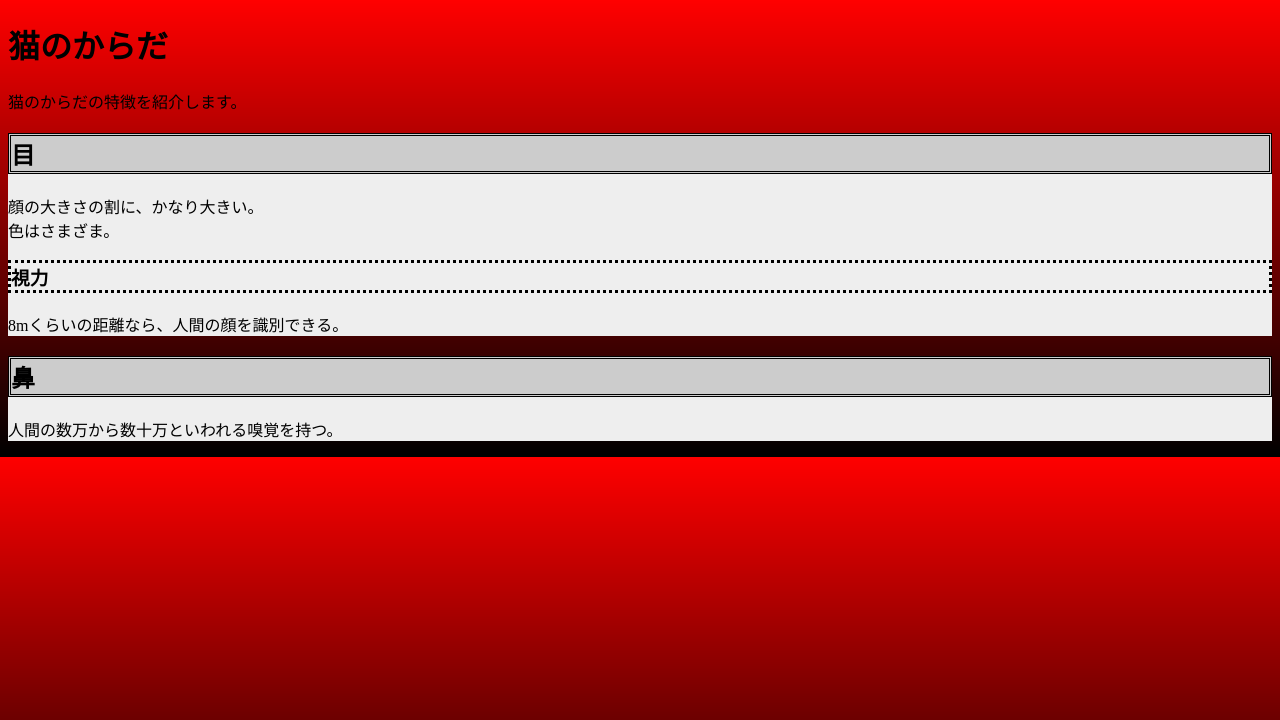
Repository: boo00kazoo/MyBlog
Page: 2-3mondai.html
The author's editor kept a record of every edit. The page is drawn from the files as they stood at one moment, then again after the next edit.
The browser window is 1280 px wide. The pictures show the whole page.

Above is the page before.

### 2-3mondai.html
<!DOCTYPE html>
<html lang="ja">
<head>
<meta charset="utf-8">
<title>猫のからだ</title>
<link href="2-3.css" rel="stylesheet"
</head>
<body>
<h1>猫のからだ</h1>
<p>猫のからだの特徴を紹介します。</p>
<div>
 <h2>目</h2>
 <p>顔の大きさの割に、かなり大きい。<br>
    色はさまざま。</p>
 <h3>視力</h3>
 <p>8mくらいの距離なら、人間の顔を識別できる。</p>
</div>
<div>
<h2>鼻</h2>
 <p>人間の数万から数十万といわれる嗅覚を持つ。</p>
</div>
</body>
</html>

### 2-3.css
div{ background-color: #eeeeee;}
h2{
    border-style:double;
    background-color: #cccccc;}
h3{
    border-style:dotted;}
body{
    background-color:#f00;
    background-image:linear-gradient(rgba(0,0,0,0), rgba(0,0,0,75));
}

After the next edit:
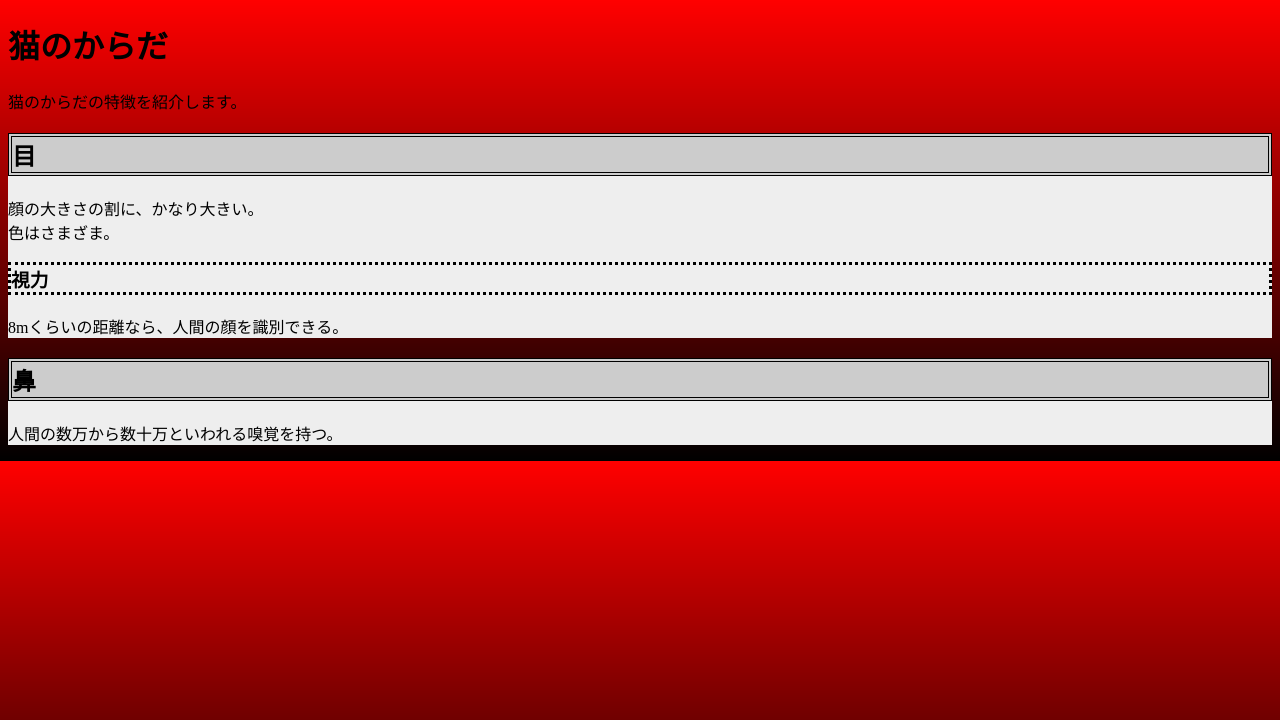
The edit:
--- a/2-3.css
+++ b/2-3.css
@@ -1,6 +1,7 @@
 div{ background-color: #eeeeee;}
 h2{
     border-style:double;
+    border-width:4px;
     background-color: #cccccc;}
 h3{
     border-style:dotted;}
